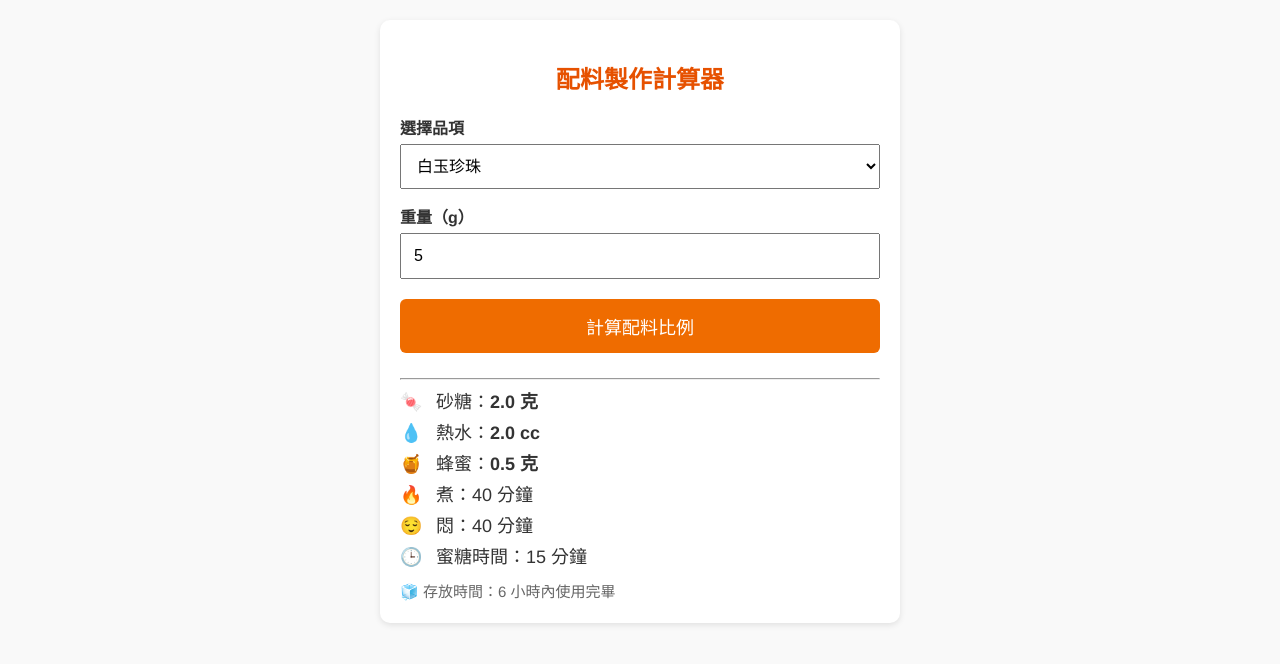
Repository: liying1106/tea-calculator
Page: 配料.html
These files come from the project's save history. The page is drawn as it stood at one moment and after the next save; the edit follows.
The browser window is 1280 px wide. The pictures show the whole page.
Empty fields were first filled with sample values (such as "Sample", 5 or name@example.com).
After loading, the first visible `button` was clicked once.

Above is the page before, as saved 2025-07-16 13:17:19.

### 配料.html
<!DOCTYPE html>
<html lang="zh-TW">
<head>
  <meta charset="UTF-8">
  <meta name="viewport" content="width=device-width, initial-scale=1">
  <title>配料製作計算器</title>
  <style>
    body {
      font-family: "Helvetica", sans-serif;
      padding: 20px;
      margin: 0;
      background: #f9f9f9;
      color: #333;
    }
    .container {
      max-width: 480px;
      margin: auto;
      background: #fff;
      padding: 20px;
      border-radius: 10px;
      box-shadow: 0 2px 6px rgba(0,0,0,0.1);
    }
    h2 {
      text-align: center;
      color: #e65100;
    }
    label {
      margin-top: 15px;
      display: block;
      font-weight: bold;
    }
    select, input {
      width: 100%;
      padding: 12px;
      font-size: 16px;
      margin-top: 5px;
      box-sizing: border-box;
    }
    button {
      width: 100%;
      padding: 14px;
      background-color: #ef6c00;
      color: white;
      border: none;
      border-radius: 6px;
      font-size: 18px;
      margin-top: 20px;
    }
    button:hover {
      background-color: #e65100;
    }
    .row {
      display: flex;
      align-items: center;
      margin: 4px 0;
    }
    .icon {
      width: 2em;
      display: inline-block;
    }
    #result {
      margin-top: 25px;
      font-size: 18px;
      line-height: 1.5;
    }
    .note {
      font-size: 15px;
      color: #666;
      margin-top: 10px;
    }
  </style>
</head>
<body>
  <div class="container">
    <h2>配料製作計算器</h2>

    <label>選擇品項</label>
    <select id="itemType">
      <option value="白玉珍珠">白玉珍珠</option>
      <option value="小粉圓">小粉圓</option>
      <option value="小芋圓">小芋圓</option>
      <option value="蜜糖">蜜糖</option>
      <option value="蜜漬鳳梨">蜜漬鳳梨</option>
    </select>

    <label>重量（g）</label>
    <input type="number" id="weight" placeholder="例如：1000" min="1">

    <button onclick="calculateSugar()">計算配料比例</button>

    <div id="result"></div>
  </div>

  <script>
    const sugarData = {
      "白玉珍珠": {
        sugarRatio: 0.4,
        waterRatio: 0.4,
        honeyRatio: 0.1,
        cookTime: 40,
        steamTime: 40,
        soakTime: 15,
        shelfLife: 6
      },
      "小粉圓": {
        sugarRatio: 0.4,
        waterRatio: 0.4,
        honeyRatio: 0.1,
        cookTime: 15,
        steamTime: 15,
        soakTime: 10,
        shelfLife: 6
      },
      "小芋圓": {
        sugarRatio: 0.4,
        waterRatio: 0,
        honeyRatio: 0,
        cookTime: 5,
        steamTime: 5,
        soakTime: 5,
        shelfLife: 4
      }
    };

    function calculateSugar() {
      const type = document.getElementById("itemType").value;
      const weight = parseFloat(document.getElementById("weight").value);

      if (isNaN(weight) || weight <= 0) {
        document.getElementById("result").innerHTML = "<span style='color:red;'>請輸入正確的重量</span>";
        return;
      }

      // 蜜糖邏輯
      if (type === "蜜糖") {
        const sugar = weight;
        const water = sugar / 2;
        const honey = sugar / 10;

        document.getElementById("result").innerHTML = `
          <hr>
          <div class="row"><span class="icon">🍬</span> 二砂糖：<strong>${sugar.toFixed(1)} 克</strong></div>
          <div class="row"><span class="icon">💧</span> 熱水：<strong>${water.toFixed(1)} cc</strong></div>
          <div class="row"><span class="icon">🍯</span> 蜂蜜：<strong>${honey.toFixed(1)} 克</strong></div>
          <div class="note">
            📌 至二砂糖及熱水於湯鍋內，電磁爐火力設定4<br>
            📌 煮沸後火力設定2計時3分鐘後關閉電磁爐<br>
            📌 過濾至新湯鍋，冰鎮至30-35度，放常溫保存<br>
          </div>
        `;
        return;
      }

      // 蜜漬鳳梨邏輯
      if (type === "蜜漬鳳梨") {
        const pineapple = weight;
        const sugar = pineapple;
        const lemonJuice = pineapple * 0.05;
        const honey = pineapple * 0.05;

        document.getElementById("result").innerHTML = `
          <hr>
          <div class="row"><span class="icon">🍍</span> 鳳梨果肉：<strong>${pineapple.toFixed(1)} 克</strong></div>
          <div class="row"><span class="icon">🍬</span> 白砂糖：<strong>${sugar.toFixed(1)} 克</strong></div>
          <div class="row"><span class="icon">🍋</span> 檸檬汁：<strong>${lemonJuice.toFixed(1)} 克</strong></div>
          <div class="row"><span class="icon">🍯</span> 蜂蜜：<strong>${honey.toFixed(1)} 克</strong></div>
          <div class="note">
            📌 鳳梨置入鍋中放置電磁爐火力設定2，待鳳梨煮出湯後倒入砂糖、檸檬汁、蜂蜜</br>
            📌 砂糖融解後煮15分鐘</br>
            📌 鳳梨丁&糖漿效期30天</br>
          </div>
        `;
        return;
      }

      // 其他品項
      const data = sugarData[type];
      const sugar = weight * data.sugarRatio;
      const water = weight * data.waterRatio;
      const honey = weight * data.honeyRatio;

      let output = `
        <hr>
        <div class="row"><span class="icon">🍬</span> 砂糖：<strong>${sugar.toFixed(1)} 克</strong></div>
        <div class="row"><span class="icon">💧</span> 熱水：<strong>${water.toFixed(1)} cc</strong></div>
        <div class="row"><span class="icon">🍯</span> 蜂蜜：<strong>${honey > 0 ? honey.toFixed(1) + ' 克' : '不加蜂蜜'}</strong></div>
        <div class="row"><span class="icon">🔥</span> 煮：${data.cookTime} 分鐘</div>
        <div class="row"><span class="icon">😌</span> 悶：${data.steamTime} 分鐘</div>
        <div class="row"><span class="icon">🕒</span> 蜜糖時間：${data.soakTime} 分鐘</div>
        <div class="note">🧊 存放時間：${data.shelfLife} 小時內使用完畢</div>
      `;

      document.getElementById("result").innerHTML = output;
    }
  </script>
</body>
</html>

After the next save:
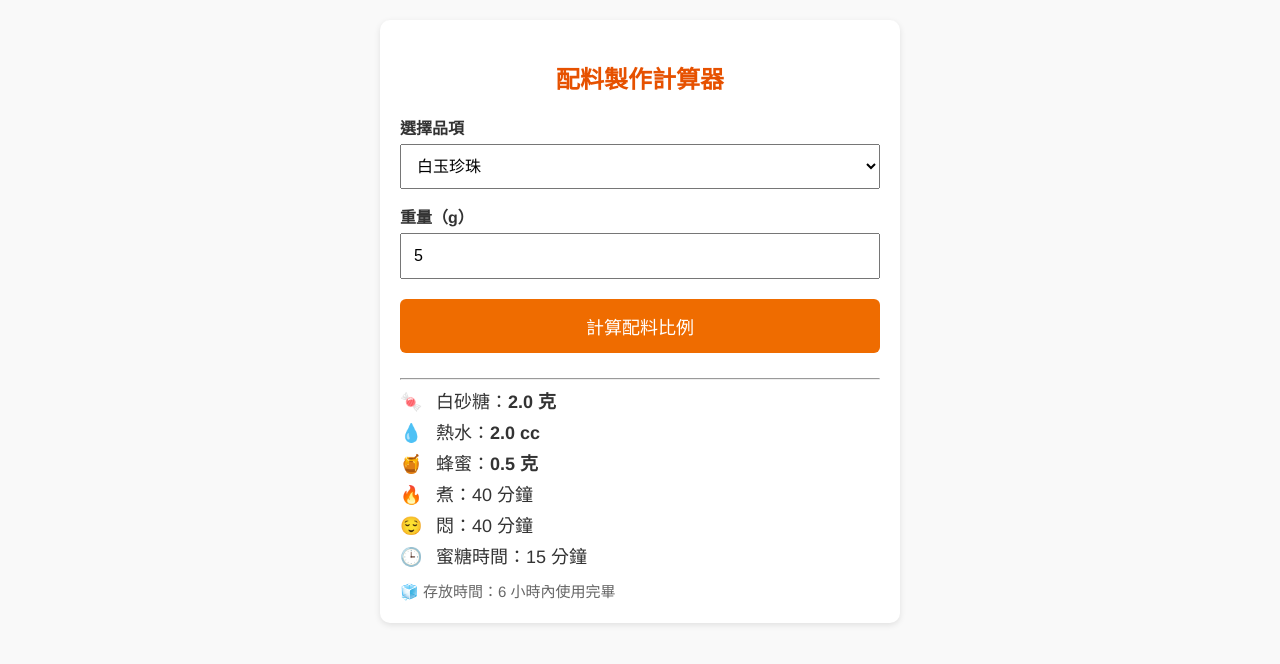
Saved 2 min 24 s later.
--- a/配料.html
+++ b/配料.html
@@ -179,9 +179,14 @@
       const water = weight * data.waterRatio;
       const honey = weight * data.honeyRatio;
 
+      // 動態糖名稱
+      let sugarLabel = "砂糖";
+      if (type === "白玉珍珠" || type === "小芋圓") sugarLabel = "白砂糖";
+      else if (type === "小粉圓") sugarLabel = "二砂糖";
+
       let output = `
         <hr>
-        <div class="row"><span class="icon">🍬</span> 砂糖：<strong>${sugar.toFixed(1)} 克</strong></div>
+        <div class="row"><span class="icon">🍬</span> ${sugarLabel}：<strong>${sugar.toFixed(1)} 克</strong></div>
         <div class="row"><span class="icon">💧</span> 熱水：<strong>${water.toFixed(1)} cc</strong></div>
         <div class="row"><span class="icon">🍯</span> 蜂蜜：<strong>${honey > 0 ? honey.toFixed(1) + ' 克' : '不加蜂蜜'}</strong></div>
         <div class="row"><span class="icon">🔥</span> 煮：${data.cookTime} 分鐘</div>
